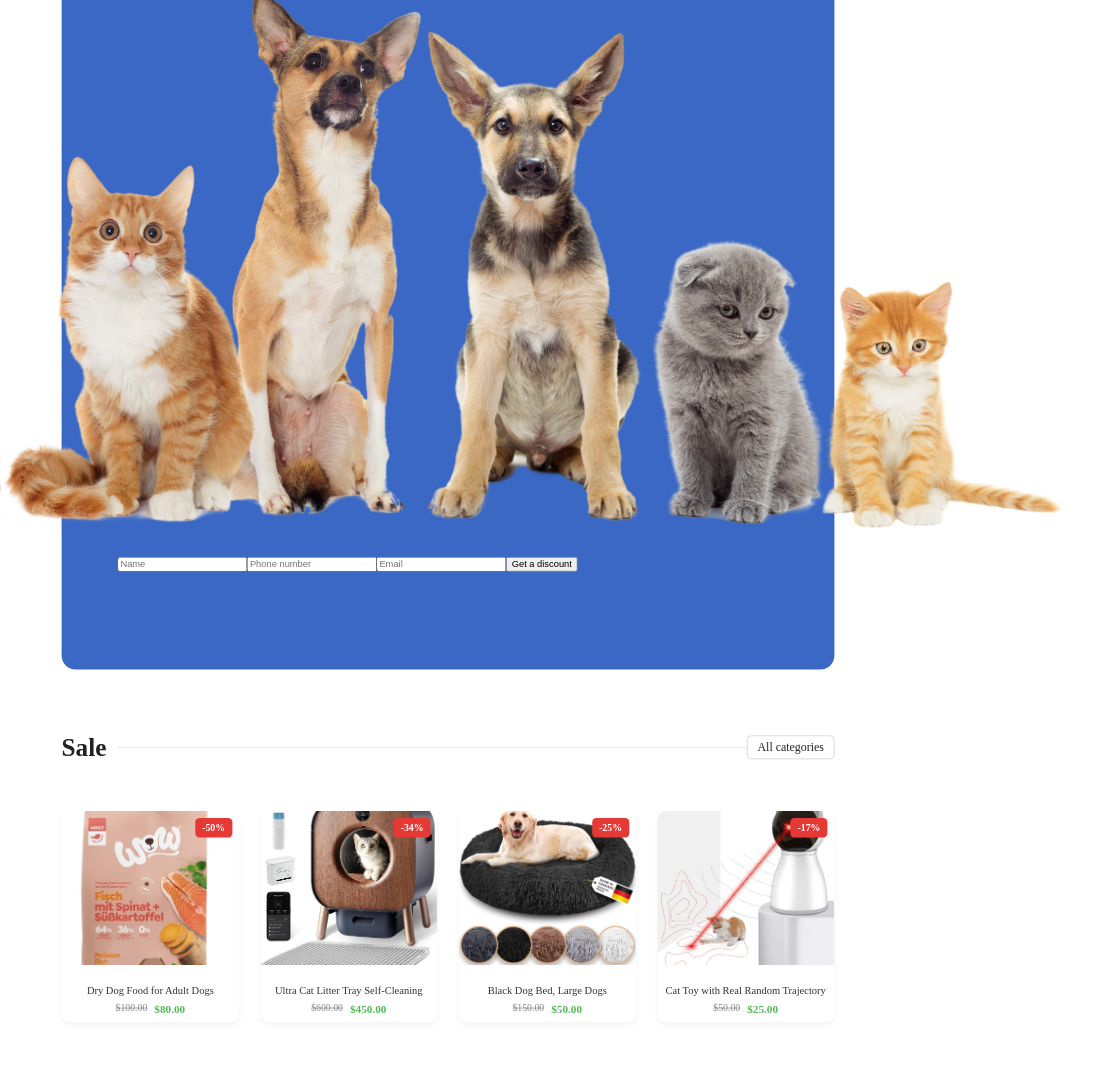
Repository: JuliiaJuliia/pet-shop-frontend
Page: / (app in pet-shop-frontend/)
These files come from the project's save history. The page is drawn as it stood at one moment and after the next save; the edit follows.
The browser window is 1280 px wide. The page is 1600 px wide, so the pictures cover 1600 px, including what lies to the right of the window. The pictures show the part of the page from y = 1522 to 3082 px (the page is 3082 px tall before and 2992 px after), at 70% of full size.
The project was rebuilt for these pictures with package versions that can differ from the ones it lists, and the page was loaded fresh each time. Also part of the build but not shown: pet-shop-frontend/vite.config.js, pet-shop-frontend/src/pages/CheckoutPage.jsx, pet-shop-frontend/src/api/axios.js, pet-shop-frontend/src/components/ProductList.jsx.

Above is the page before, as saved 2025-11-06 21:01:26.

After the next save:
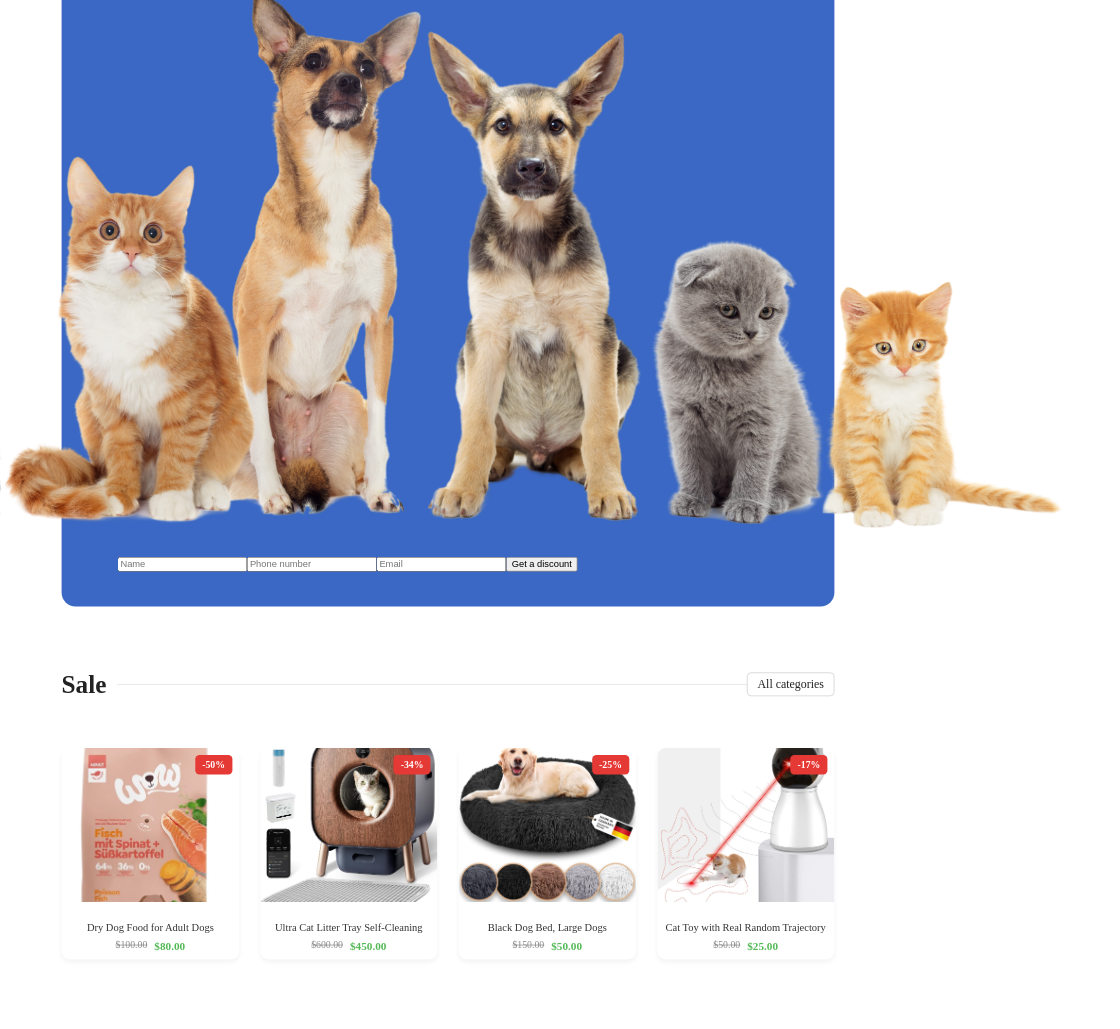
Saved 14 s later.
--- a/pet-shop-frontend/src/components/DiscountBanner.css
+++ b/pet-shop-frontend/src/components/DiscountBanner.css
@@ -5,7 +5,7 @@
   color: #fff;
   border-radius: 20px;
   margin: 60px 80px;
-  padding: 60px 80px 140px; /* зверни увагу: великий паддінг знизу для місця під тварин */
+  padding: 60px 80px 50px; /* зверни увагу: великий паддінг знизу для місця під тварин */
   position: relative;
   overflow: visible;
   display: block;
